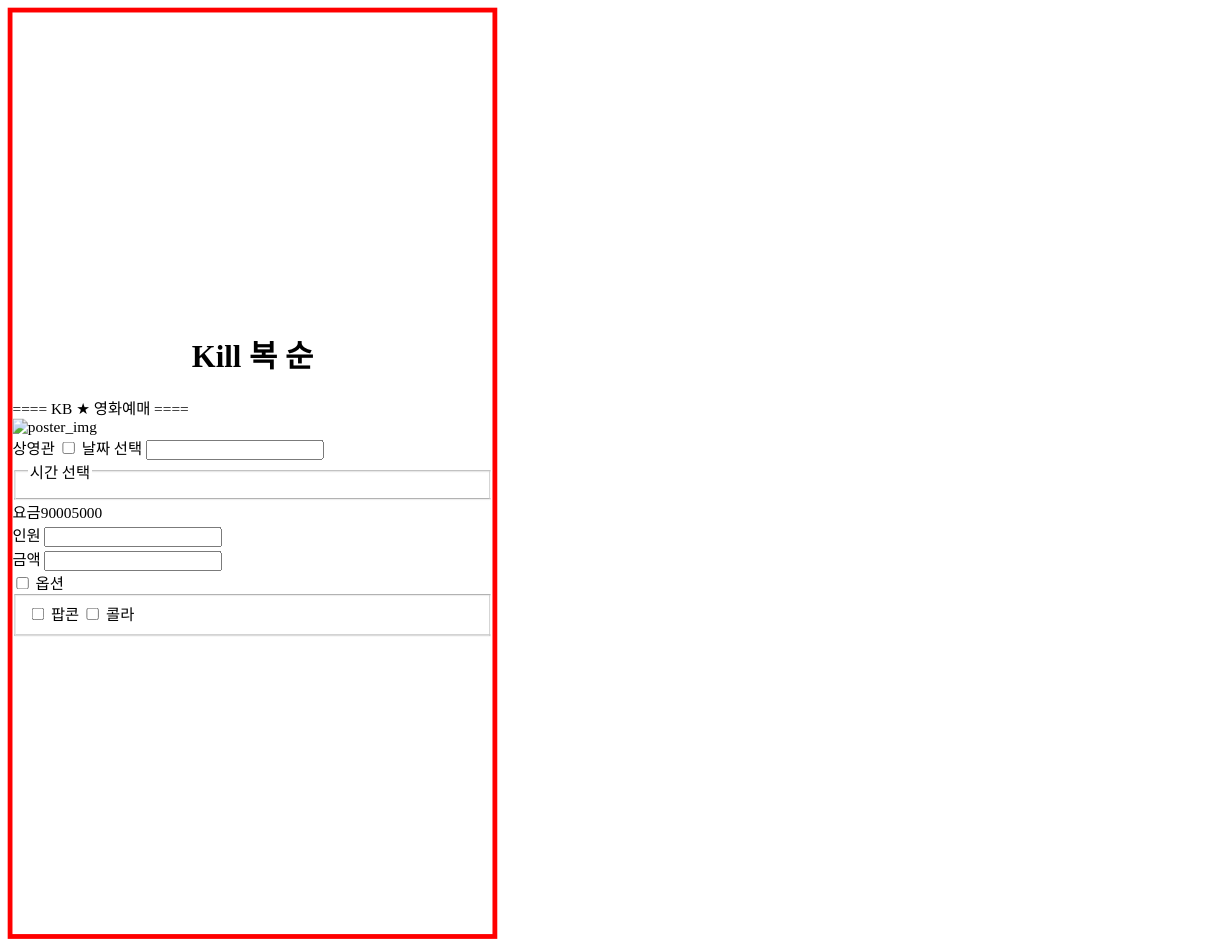
Repository: skybluelion/KB
Page: KB/work05_front/workshop/src/main/webapp/ws01_front.html
An editor plug-in stored every save of this project. The page is shown before and after the next save, followed by the edit.
The browser window is 1280 px wide. The pictures show the whole page, at 96% of full size.

Above is the page before, as saved 2023-04-07 07:04:56.

### KB/work05_front/workshop/src/main/webapp/ws01_front.html
<!DOCTYPE html>
<html>
<head>
<meta charset="UTF-8">
<title>킬복순 영화 예매사이트</title>
<style type="text/css">
	#wrap {
		width: 1080px;
		margin: 0 auto;
	}

	#main {
		width: 500px;
		height: 960px;
		border: 5px solid red;
		flex-direction: row;
		align-content: center;
	}

	h1 {
		text-align: center;
	}



</style>
</head>
<body>
	<div id="main">
		<div id = "top">

			<h1>Kill 복 순</h1>
			<div id="poster_kb">
			==== KB ★ 영화예매 ====
			</div>
			<img alt="poster_img" src="">

		</div>
		<div id="bottom">
			<div>
			상영관 <input type="checkbox">

			날짜 선택 <input checked="상영관">
			</div>
			<fieldset>
			<legend>시간 선택</legend>
			</fieldset>

			<div id = "money">
			<span>요금</span><span>9000</span><span>5000</span>
			</div>
			<div>인원 <input checked="인원"></div>
			<div>금액 <input checked="금액"></div>
			<div><input type="checkbox"> 옵션</div>
			<fieldset>
			<input type="checkbox"> 팝콘 <input type="checkbox"> 콜라
			</fieldset>
		</div>
	</div>
</body>
</html>

After the next save:
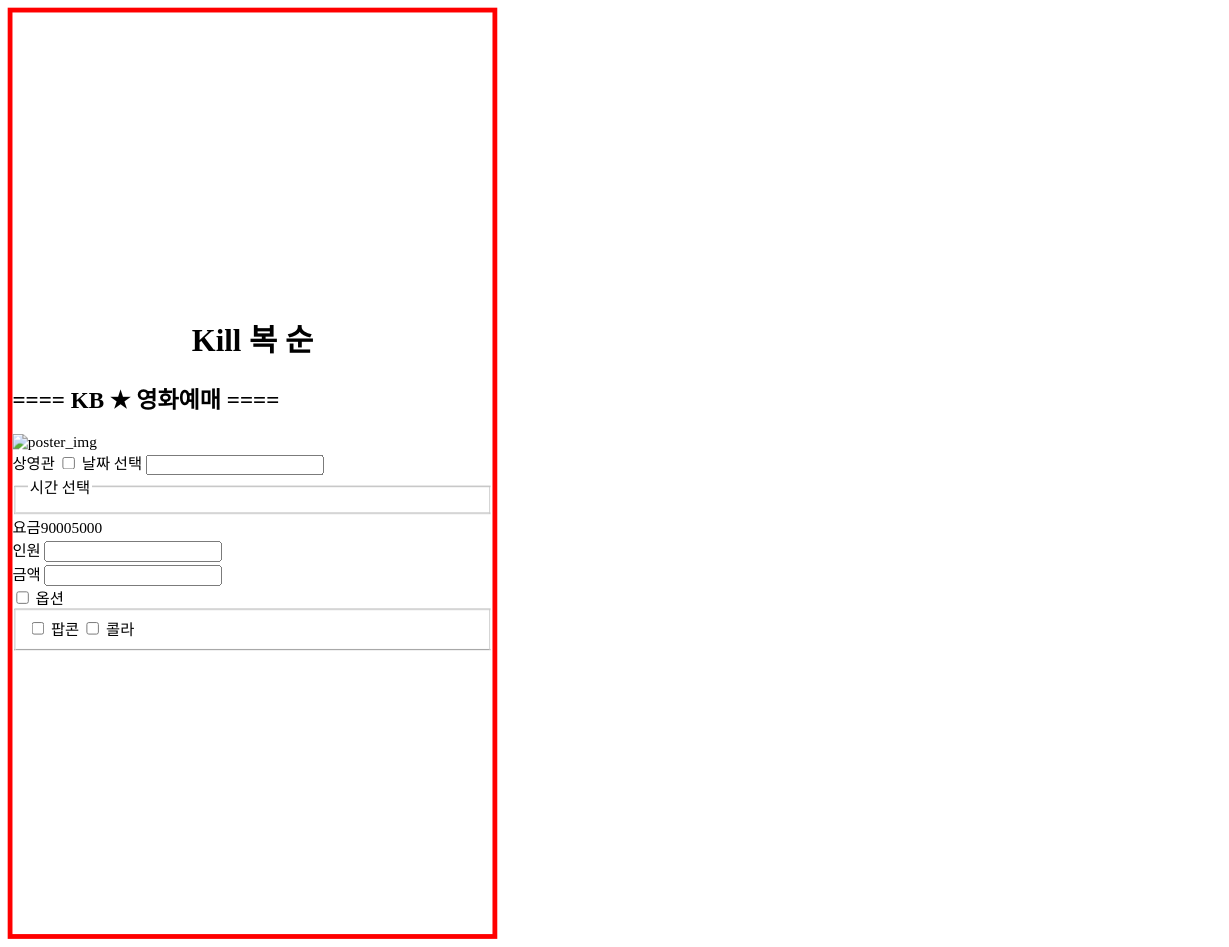
Saved 28 s later.
--- a/KB/work05_front/workshop/src/main/webapp/ws01_front.html
+++ b/KB/work05_front/workshop/src/main/webapp/ws01_front.html
@@ -23,6 +23,8 @@
 
 
 
+
+
 </style>
 </head>
 <body>
@@ -30,9 +32,7 @@
 		<div id = "top">
 
 			<h1>Kill 복 순</h1>
-			<div id="poster_kb">
-			==== KB ★ 영화예매 ====
-			</div>
+			<h2>==== KB ★ 영화예매 ====</h2>
 			<img alt="poster_img" src="">
 
 		</div>
